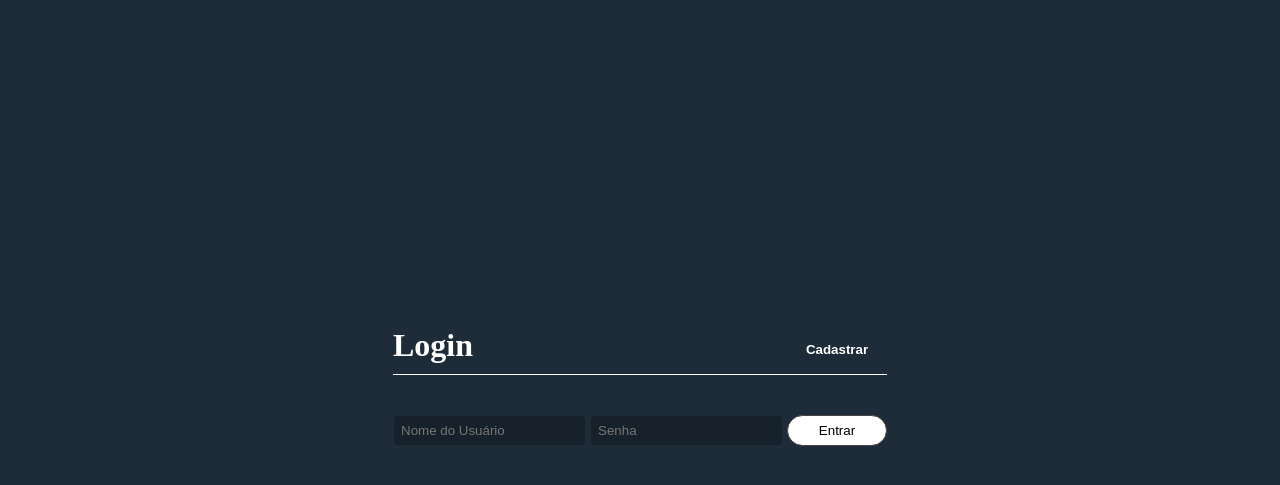
Repository: Gabrielb0rn/login-redes
Page: login.html
The author's editor kept a copy of each file at every save. The page is drawn from the files as they stood at one save, then again after the next save.
The browser window is 1280 px wide. The pictures show the whole page.

Above is the page before, as saved 2024-09-11 10:52:15.

### login.html
<!DOCTYPE html>
<html lang="pt-br">
<head>
    <meta charset="UTF-8">
    <meta name="viewport" content="width=device-width, initial-scale=1.0">
    <title>Senai Login</title>
    <style>
        * {
            margin: 0;
        }
        .center-page {
            display: flex;
            justify-content: center;
            align-items: center;
            height: 100vh;

            background-color: #1e2b38;
            color: #fff;
        }

        input {
            background-color: #17212B;
            border: 1px solid #1e2b38;
            color: #fff;
            padding: 7px;
            border-radius: 5px;
        }

        button {
            background-color: #fff;
            padding: 7px;
            border-radius: 50px;
            color: #000;
            border: 1px solid #444;
            width: 100px;
            cursor: pointer;
        }

        .btn-transparent {
          background-color: #ffffff00;
          color: #FFF;
          border: none;
          font-weight: 600;
        }
        .center {
          display: flex;
          justify-content: center;
          align-items: center;
        }
        .containter-betwen {
          display: flex;
          align-items: flex-end;
          height: 80px;
          margin-bottom: 40px;
          justify-content: space-between;
          padding: 10px 0px;
          border-bottom: 1px solid #fff;
        }
    </style>
</head>
<body class="center-page">
    <div>
        <div class="containter-betwen">
          <h1>Login</h1>
          <button class="btn-transparent" onclick="irParaCadastro()">
            Cadastrar
          </button>
        </div>

        <input type="text" id="name" title="Nome do Usuário" placeholder="Nome do Usuário">
        <input type="password" id="password" title="Senha" placeholder="Senha">
        <button onclick="login()">
            Entrar
        </button>

    </div>

    <script>
        function irParaCadastro() {
          document.location.href = './cadastro.html'
        }

        function login() {
            const name = document.getElementById('name').value;
            const password = document.getElementById('password').value;

// EXERCICIO verificar se o usuário digitou o nome e a senha antes de buscar o login do localStorage

            const obj = {
                name: name,
                password: password
            };

            const login = JSON.parse(localStorage.getItem('login'));

            if (obj.name === login.name && obj.password === login.password) {

// EXERCICIO redirecionar o usuário para a tela de bem vindo

            document.location.href = 'bemvindo.html';
            } else {
              alert('Usuário ou senha inválidos');
            }

        }
    </script>
</body>
</html>

### assets/login.css


After the next save:
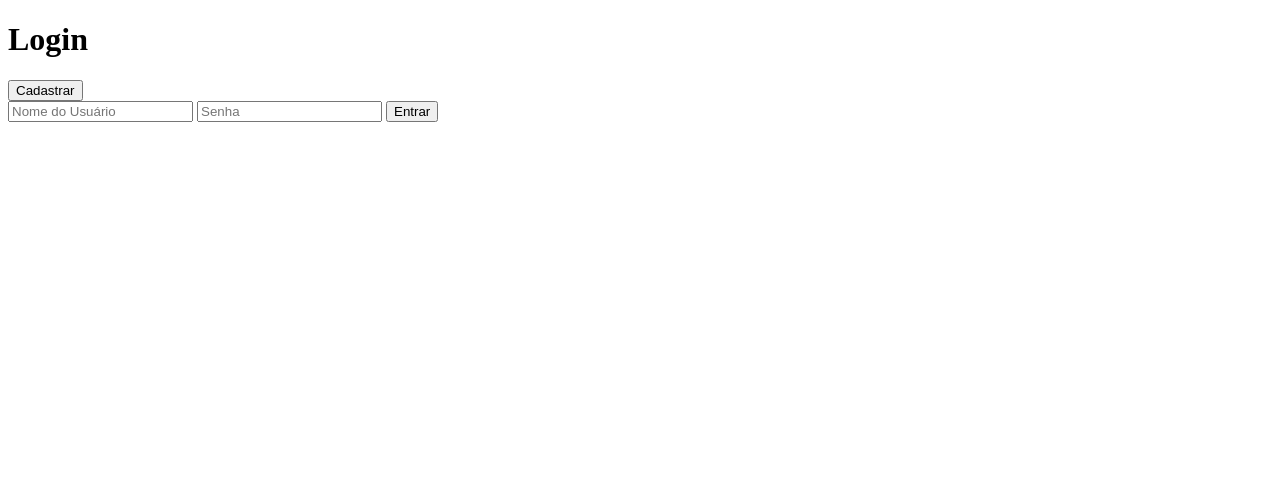
Saved 15 s later.
--- a/login.html
+++ b/login.html
@@ -5,57 +5,7 @@
     <meta name="viewport" content="width=device-width, initial-scale=1.0">
     <title>Senai Login</title>
     <style>
-        * {
-            margin: 0;
-        }
-        .center-page {
-            display: flex;
-            justify-content: center;
-            align-items: center;
-            height: 100vh;
 
-            background-color: #1e2b38;
-            color: #fff;
-        }
-
-        input {
-            background-color: #17212B;
-            border: 1px solid #1e2b38;
-            color: #fff;
-            padding: 7px;
-            border-radius: 5px;
-        }
-
-        button {
-            background-color: #fff;
-            padding: 7px;
-            border-radius: 50px;
-            color: #000;
-            border: 1px solid #444;
-            width: 100px;
-            cursor: pointer;
-        }
-
-        .btn-transparent {
-          background-color: #ffffff00;
-          color: #FFF;
-          border: none;
-          font-weight: 600;
-        }
-        .center {
-          display: flex;
-          justify-content: center;
-          align-items: center;
-        }
-        .containter-betwen {
-          display: flex;
-          align-items: flex-end;
-          height: 80px;
-          margin-bottom: 40px;
-          justify-content: space-between;
-          padding: 10px 0px;
-          border-bottom: 1px solid #fff;
-        }
     </style>
 </head>
 <body class="center-page">

After the 3 saves that followed:
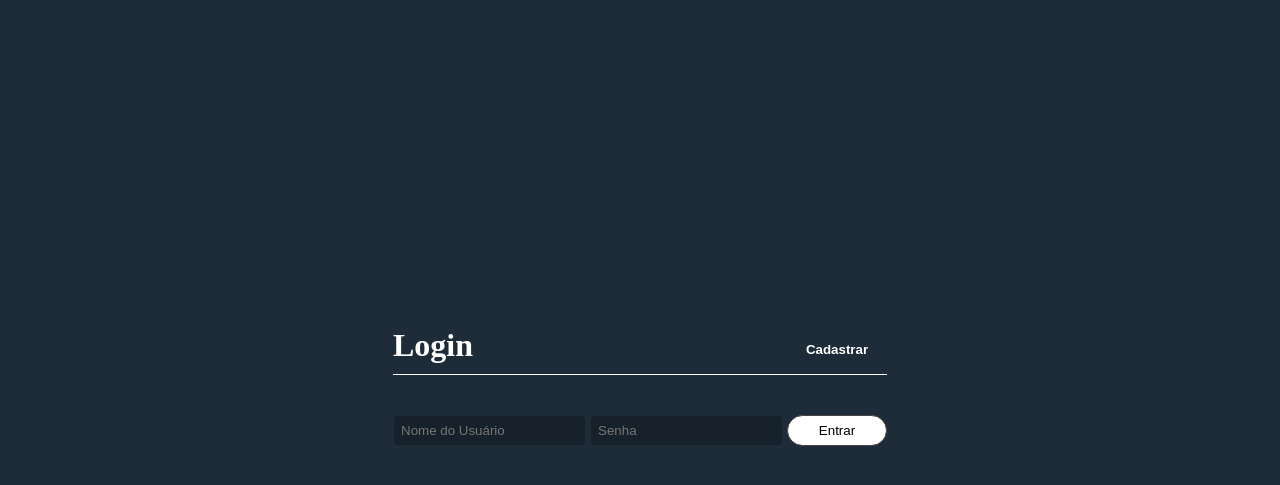
The 3 saves are shown as one change because 2 left the picture as it was.
The last was saved 13 s later.
--- a/login.html
+++ b/login.html
@@ -4,9 +4,7 @@
     <meta charset="UTF-8">
     <meta name="viewport" content="width=device-width, initial-scale=1.0">
     <title>Senai Login</title>
-    <style>
-
-    </style>
+    <link rel="stylesheet" href="assets/login.css">
 </head>
 <body class="center-page">
     <div>
--- a/assets/login.css
+++ b/assets/login.css
@@ -0,0 +1,51 @@
+* {
+    margin: 0;
+}
+.center-page {
+    display: flex;
+    justify-content: center;
+    align-items: center;
+    height: 100vh;
+
+    background-color: #1e2b38;
+    color: #fff;
+}
+
+input {
+    background-color: #17212B;
+    border: 1px solid #1e2b38;
+    color: #fff;
+    padding: 7px;
+    border-radius: 5px;
+}
+
+button {
+    background-color: #fff;
+    padding: 7px;
+    border-radius: 50px;
+    color: #000;
+    border: 1px solid #444;
+    width: 100px;
+    cursor: pointer;
+}
+
+.btn-transparent {
+  background-color: #ffffff00;
+  color: #FFF;
+  border: none;
+  font-weight: 600;
+}
+.center {
+  display: flex;
+  justify-content: center;
+  align-items: center;
+}
+.containter-betwen {
+  display: flex;
+  align-items: flex-end;
+  height: 80px;
+  margin-bottom: 40px;
+  justify-content: space-between;
+  padding: 10px 0px;
+  border-bottom: 1px solid #fff;
+}
